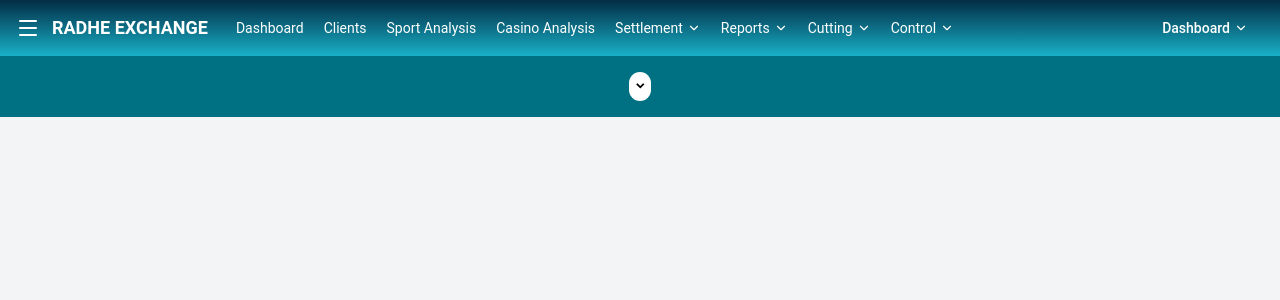
Repository: Habeebur1493/Radhe-Exchange
Page: /dashboard (app in frontend/)
An editor plug-in stored every save of this project. The page is shown before and after the next save, followed by the edit.
The browser window is 1280 px wide. The pictures show the whole page.
Some web libraries are served in a nearby version. The project was rebuilt for these pictures with package versions that can differ from the ones it lists, and the page was loaded fresh each time. Also part of the build but not shown: frontend/vite.config.js, frontend/src/components/login.jsx, frontend/src/components/Register.jsx.

Above is the page before, as saved 2025-03-04 11:02:49.

### frontend/index.html
<!doctype html>
<html lang="en">
  <head>
    <meta charset="UTF-8" />
    <meta name="viewport" content="width=device-width, initial-scale=1.0" />
    <link
    href="https://cdn.jsdelivr.net/npm/remixicon@4.5.0/fonts/remixicon.css"
    rel="stylesheet"
/>
    <title>Radheexch | Admin</title>

  </head>
  <body>
    <div id="root"></div>
    <script type="module" src="/src/main.jsx"></script>
  </body>
</html>

### frontend/src/App.jsx
import React from "react";
import "./App.css";
import { Navigate, Routes, Route } from "react-router-dom";
import Login from "./components/login";
import Register from "./components/Register";
import Dashboard from "./components/dashboard";

const App = () => {
  return (
    <div>
      <Routes>
        <Route path="/" element={<Navigate to="/login" />} />
        <Route path="/login" element={<Login />} />
        <Route path="/register" element={<Register />} />
        <Route path="/dashboard" element={<Dashboard />} />
      </Routes>
    </div>
  );
};

export default App;

### frontend/src/App.css
@import "tailwindcss";

@import url('https://fonts.googleapis.com/css2?family=Roboto:ital,wght@0,100..900;1,100..900&display=swap');

:root {
    --primary-background: linear-gradient(#022d45, #18b0c7);
    --secondary-background: linear-gradient(#5dcbde, #075366);
    --tertiary-background: linear-gradient(#007182, #4ab4c7);
}

.main{
    background: var(--primary-background);
    font-family: "Roboto", sans-serif;
}

.btn{
    background: var(--secondary-background);
    font-family: "Roboto", sans-serif;
}

nav{
    background: var(--primary-background);
    font-family: "Roboto", sans-serif;
    font-size: 14px;
}
.dashboard{
    font-family: "Roboto", sans-serif;
    font-size: 14px;
}

.sidebar{
    background: var(--tertiary-background);
    font-family: "Roboto", sans-serif;
    font-size: 14px;
}

### frontend/src/components/dashboard.jsx
import React, { useState } from "react";
import { Menu, ChevronDown } from "lucide-react";

const Dashboard = () => {
  const [sidebarOpen, setSidebarOpen] = useState(false);
  const [isDropdownOpen, setIsDropdownOpen] = useState(false);
  const [isOpen, setIsOpen] = useState(false);


  return (
    <div className="dashboard min-h-screen bg-gray-100 overflow-x-hidden">
      {/* Navbar */}
      <nav className="bg-[--primary-background] text-white flex items-center h-14 px-4 shadow-md">
        {/* Left Section: Logo & Menu Button */}
        <div className="flex items-center space-x-3">
          <button
            onClick={() => setSidebarOpen(!sidebarOpen)}
            className="text-white"
          >
            <Menu size={24} />
          </button>
          <h1 className="text-lg font-bold">RADHE EXCHANGE</h1>
        </div>

        {/* Navbar Links (Now Closer to H1) */}
        <div className="ml-6 flex items-center">
          <ul className="hidden md:flex space-x-3">
            {["Dashboard", "Clients", "Sport Analysis", "Casino Analysis"].map(
              (item) => (
                <li key={item}>
                  <a
                    href="#"
                    className="h-14 flex items-center px-1 hover:bg-[#18b0c7] transition-all duration-200 ease-in-out"
                  >
                    {item}
                  </a>
                </li>
              )
            )}

            {/* Dropdown Menus */}
            {["Settlement"].map((item) => (
             <li key={item} className="relative group">
             <button className="h-14 flex items-center px-1 hover:bg-[#18b0c7] transition-all duration-200 ease-in-out">
               {item}
               <ChevronDown size={14} className="ml-1" />
             </button>

             {/* Dropdown - Show on Hover but only inside the navbar */}
             <div className="absolute left-0 mt-0 w-40 bg-[#16a2ba] text-white opacity-0 invisible group-hover:opacity-100 group-hover:visible transition-all duration-200 ease-in-out">
               <a href="#" className="block px-4 py-2 hover:bg-[#107a8d] border-b border-gray-500">
                 User
               </a>
               <a href="#" className="block px-4 py-2 hover:bg-[#107a8d]">
                 Master
               </a>
             </div>
           </li>
            ))}
            {/* Dropdown Menus */}
            {["Reports"].map((item) => (
              <li key={item} className="relative group">
                <button className="h-14 flex items-center px-1 hover:bg-[#18b0c7] transition-all duration-200 ease-in-out">
                  {item}
                  <ChevronDown size={14} className="ml-1" />
                </button>

                {/* Dropdown - Show on Hover */}
                <div className="absolute left-0 mt-0 w-40 bg-[#16a2ba] text-white opacity-0 invisible group-hover:opacity-100 group-hover:visible transition-all duration-200 ease-in-out">
                  <a
                    href="#"
                    className="block px-4 py-2 hover:bg-[#107a8d] border-b-1 border-gray-500"
                  >
                    User Detail
                  </a>
                  <a
                    href="#"
                    className="block px-4 py-2 hover:bg-[#107a8d] border-b-1 border-gray-500"
                  >
                    Account Satatement
                  </a>
                  <a
                    href="#"
                    className="block px-4 py-2 hover:bg-[#107a8d]  border-b-1 border-gray-500"
                  >
                    Settlement/Balance Report
                  </a>
                  <a
                    href="#"
                    className="block px-4 py-2 hover:bg-[#107a8d]  border-b-1 border-gray-500"
                  >
                    Transaction Report
                  </a>
                  <a
                    href="#"
                    className="block px-4 py-2 hover:bg-[#107a8d]  border-b-1 border-gray-500"
                  >
                    Current Bets
                  </a>
                  <a
                    href="#"
                    className="block px-4 py-2 hover:bg-[#107a8d]  border-b-1 border-gray-500"
                  >
                    Profit & Loss Report
                  </a>
                  <a
                    href="#"
                    className="block px-4 py-2 hover:bg-[#107a8d]  border-b-1 border-gray-500"
                  >
                    Event Profit & Loss Report
                  </a>
                  <a
                    href="#"
                    className="block px-4 py-2 hover:bg-[#107a8d]  border-b-1 border-gray-500"
                  >
                    Bet History
                  </a>
                  <a
                    href="#"
                    className="block px-4 py-2 hover:bg-[#107a8d]  border-b-1 border-gray-500"
                  >
                    Live Bets
                  </a>
                  <a
                    href="#"
                    className="block px-4 py-2 hover:bg-[#107a8d] border-b-1 border-gray-500"
                  >
                    Sports Revenue
                  </a>
                  <a
                    href="#"
                    className="block px-4 py-2 hover:bg-opacity-50  border-b-1 border-gray-500"
                  >
                    IP lookup
                  </a>
                </div>
              </li>
            ))}
            {/* Dropdown Menus */}
            {["Cutting"].map((item) => (
              <li key={item} className="relative group">
                <button className="h-14 flex items-center px-1 hover:bg-[#18b0c7] transition-all duration-200 ease-in-out">
                  {item}
                  <ChevronDown size={14} className="ml-1" />
                </button>

                {/* Dropdown - Show on Hover */}
                <div className="absolute left-0 mt-0 w-40 bg-[#16a2ba] text-white opacity-0 invisible group-hover:opacity-100 group-hover:visible transition-all duration-200 ease-in-out">
                  <a
                    href="#"
                    className="block px-4 py-2 hover:bg-[#107a8d]  border-b-1 border-gray-500"
                  >
                    Agent Master
                  </a>
                  <a href="#" className="block px-4 py-2 hover:bg-[#107a8d]">
                    Cutting History
                  </a>
                </div>
              </li>
            ))}
            {/* Dropdown Menus */}
            {["Control"].map((item) => (
              <li key={item} className="relative group">
                <button className="h-14 flex items-center px-1 hover:bg-[#18b0c7] transition-all duration-200 ease-in-out">
                  {item}
                  <ChevronDown size={14} className="ml-1" />
                </button>

                {/* Dropdown - Show on Hover */}
                <div className="absolute left-0 mt-0 w-40 bg-[#16a2ba] text-white opacity-0 invisible group-hover:opacity-100 group-hover:visible transition-all duration-200 ease-in-out">
                  <a
                    href="#"
                    className="block px-4 py-2 hover:bg-[#107a8d]  border-b-1 border-gray-500"
                  >
                    Game
                  </a>
                  <a href="#" className="block px-4 py-2 hover:bg-[#107a8d]">
                    Casino
                  </a>
                </div>
              </li>
            ))}
          </ul>
        </div>

        {/* Move Dashboard Dropdown to the Right */}
        <div className="ml-auto">
          <ul className="hidden md:flex text-sm font-medium">
            <li className="relative">
              <button
                onClick={() => setIsDropdownOpen(!isDropdownOpen)}
                className="flex items-center space-x-1 focus:outline-none px-4 h-14"
              >
                <span>Dashboard</span>
                <ChevronDown size={14} />
              </button>

              {/* Dropdown Menu - Shows on Click */}
              {isDropdownOpen && (
                <div className="absolute h-20 right-5 w-40 bg-white text-gray-800 shadow-md rounded-md">
                  <a href="#" className="block px-4 py-2 hover:bg-gray-200">
                    Change Password
                  </a>
                  <a href="#" className="block px-4 py-2 hover:bg-gray-200">
                    Log Out
                  </a>
                </div>
              )}
            </li>
          </ul>
        </div>
      </nav>

      {/* Header */}
      <header className="bg-[#007182] p-4  ">
      {/* Dropdown Toggle */}
      <div
        className="cursor-pointer flex items-center justify-center"
        onClick={() => setIsOpen(!isOpen)}
      >
        <i className={`ri-arrow-down-s-line bg-white font-bold rounded-full p-1 transition-transform ${isOpen ? "rotate-180" : ""}`}></i>

      </div>

      {/* Dropdown Content */}
      {isOpen && (
        <div className="bg-[#007182] text-white transition-all duration-300">
          <div className="grid grid-cols-5 gap-4 mr-4 text-gray-800">
            {[
              { label: "User ID", value: "776demo" },
              { label: "User Type", value: "Admin" },
              { label: "Given Bal", value: "1000.00" },
              { label: "Available", value: "500.00" },
              { label: "Up Line", value: "0" },
              { label: "Down Line", value: "0" },
              { label: "Current P&L", value: "0" },
              { label: "Exposure", value: "0" },
              { label: "My P&L", value: "0" },
            ].map((item, index) => (
              <div key={index} className="flex items-center justify-between">
                <label className="font-semibold">{item.label}:</label>
                <span className="ml-2">{item.value}</span>
              </div>
            ))}
          </div>
        </div>
      )}
    </header>

      {/* Sidebar */}
      {sidebarOpen && (
        <div className="sidebar bg-[--tertiary-background] shadow-lg w-60 h-full absolute top-[56px] left-0 p-2">
          <ul className="space-y-2 text-gray-800">
            {[
              "Dashboard",
              "Clients",
              "Sport Analysis",
              "Casino Analysis",
              "Settlement",
              "Reports",
              "Cutting",
              "Control",
            ].map((item) => (
              <li key={item}>
                <a
                  href="#"
                  className="block hover:bg-gray-200 p-2 rounded transition-all duration-200 ease-in-out"
                >
                  {item}
                </a>
              </li>
            ))}
          </ul>
        </div>
      )}
    </div>
  );
};

export default Dashboard;

Loaded but not shown: frontend/src/main.jsx (common file)

After the next save:
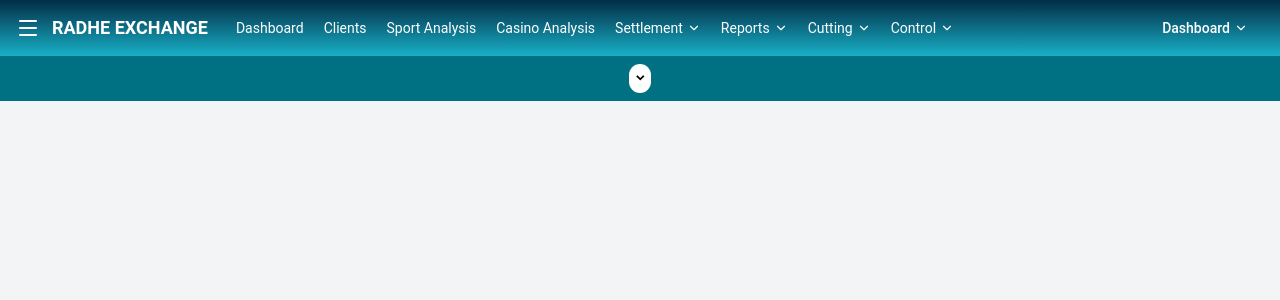
Saved 24 s later.
--- a/frontend/src/components/dashboard.jsx
+++ b/frontend/src/components/dashboard.jsx
@@ -212,7 +212,7 @@ const Dashboard = () => {
       </nav>
 
       {/* Header */}
-      <header className="bg-[#007182] p-4  ">
+      <header className="bg-[#007182] p-2  ">
       {/* Dropdown Toggle */}
       <div
         className="cursor-pointer flex items-center justify-center"
